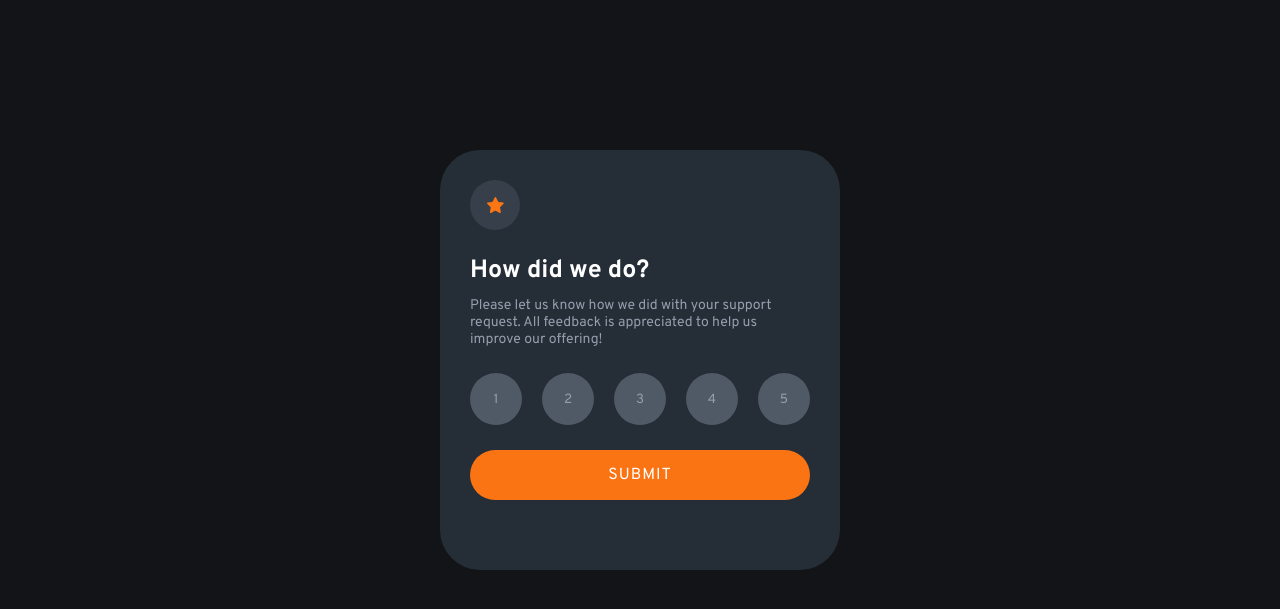
Repository: itbeginswithi/FrontebdMentor
Page: / (app in interactive-rating-component-main/)
An editor plug-in stored every save of this project. The page is shown before and after a run of saves, followed by the edit.
The browser window is 1280 px wide. The pictures show the whole page.
The project was rebuilt for these pictures with package versions that can differ from the ones it lists, and the page was loaded fresh each time.

Above is the page before, as saved 2022-07-24 11:45:48.

### interactive-rating-component-main/public/index.html
<!DOCTYPE html>
<html lang="en">
  <head>
    <meta charset="utf-8" />
    <link rel="icon" href="favicon-32x32.png" />
    <meta name="viewport" content="width=device-width, initial-scale=1" />
    <meta name="theme-color" content="#000000" />
    <meta
      name="description"
      content="Web site created using create-react-app"
    />
    <link rel="apple-touch-icon" href="%PUBLIC_URL%/logo192.png" />
    <link rel="manifest" href="%PUBLIC_URL%/manifest.json" />
    <title>React App</title>
  </head>
  <body>
    <noscript>You need to enable JavaScript to run this app.</noscript>
    <div id="root"></div>
  </body>
</html>

### interactive-rating-component-main/src/index.js
import React from 'react';
import ReactDOM from 'react-dom/client';
import './index.scss';
import App from './App';

const root = ReactDOM.createRoot(document.getElementById('root'));

root.render(
  <React.StrictMode>
    <App />
  </React.StrictMode>
);

### interactive-rating-component-main/src/index.scss
@import url('https://fonts.googleapis.com/css2?family=Overpass:wght@400;700&display=swap');

html{
  font-size: 62.5%;
}

body {
  box-sizing: border-box;
  font-family: 'Overpass';

}

*,
*:before,
*:after {
  margin: 0;
  padding: 0;
  font-family: inherit;
  box-sizing: inherit;
}

### interactive-rating-component-main/src/App.js
import React, { useState } from "react";

import IconStar from "./images/icon-star.svg";
import "./App.scss";

function App() {
  const [rating, setRating] = useState(null);
  const [isSent, setIsSent] = useState(false);

  const submitRating = (e) => {
    e.preventDefault();
    setIsSent(true);
  }

  return (
    <main>
      <div className="wrapper">
        {/* Rating */}
        <div className="rating__container">
          <div className="rating__star">
            <img src={IconStar} alt="Star Icon" />
          </div>

          <div className="rating__info">
            <h1>How did we do?</h1>
            <p>
              Please let us know how we did with your support request. All
              feedback is appreciated to help us improve our offering!
            </p>
          </div>

          <div className="rating__list" role="list">
            <button className="rating__list_btn" onClick={() => setRating(1)}>
              1
            </button>
            <button className="rating__list_btn" onClick={() => setRating(2)}>
              2
            </button>
            <button className="rating__list_btn" onClick={() => setRating(3)}>
              3
            </button>
            <button className="rating__list_btn" onClick={() => setRating(4)}>
              4
            </button>
            <button className="rating__list_btn" onClick={() => setRating(5)}>
              5
            </button>
          </div>

          <button type="submit" className="rating__cta" onClick={submitRating}>SUBMIT</button>
        </div>
        {/* Switches */}
      </div>
    </main>
  );
}

export default App;

### interactive-rating-component-main/src/App.scss
$primary: hsl(25, 97%, 53%);
$white: hsl(0, 0%, 100%);
$light-grey: hsl(217, 12%, 63%);
$medium-grey: hsl(216, 12%, 54%);
$dark-blue: hsl(213, 19%, 18%);
$very-dark-blue: hsl(216, 12%, 8%);

$fontsize: 1.5rem;
$regular: 400;
$bold: 700;

@mixin flex($direction: column, $ai: center, $jc: center, $gap: 0) {
    display: flex;
    flex-direction: $direction;
    align-items: $ai;
    justify-content: $jc;
    gap: $gap;
}

main{
    height: 100vh;
    width: 100vw;
    background-color: $very-dark-blue;

    @include flex($direction: row);
}

.wrapper{
    height: 42rem;
    width: min(90%, 40rem);
    background-color: $dark-blue;
    border-radius: 4rem;
    padding: 3rem;

    & .rating{
        &__container{
            @include flex($gap: 2.5rem, $ai: flex-start);
        }

        &__star{
            @include flex;

            height: 5rem;
            width: 5rem;

            background-color: rgba($medium-grey, 20%);
            border-radius: 100vmax;
        }

        &__info{
            h1{
                color: $white;
                font-weight: $bold;
                font-size: 2.5rem;
                margin-bottom: 1rem;
            }

            p{
                color: $light-grey;
                font-weight: $regular;
                font-size: 1.4rem;
            }
        }

        &__list{
            width: 100%;
            @include flex($direction: row, $gap: 2rem);

            &_btn{
                width: 20%;
                height: 5.2rem;
                border: 0;
                border-radius: 100vmax;
                color: $light-grey;
                background-color: rgba($medium-grey, 50%);
                cursor: pointer;
            }
        }

        &__cta{
            width: 100%;

            font-size: 1.6rem;
            font-weight: $regular;
            padding: 1.5rem 0;
            letter-spacing: .1rem;
            color: #fff;

            border: 0;
            border-radius: 100vmax;
            background-color: $primary;
            cursor: pointer;
        }
    }
}

After the next 3 saves:
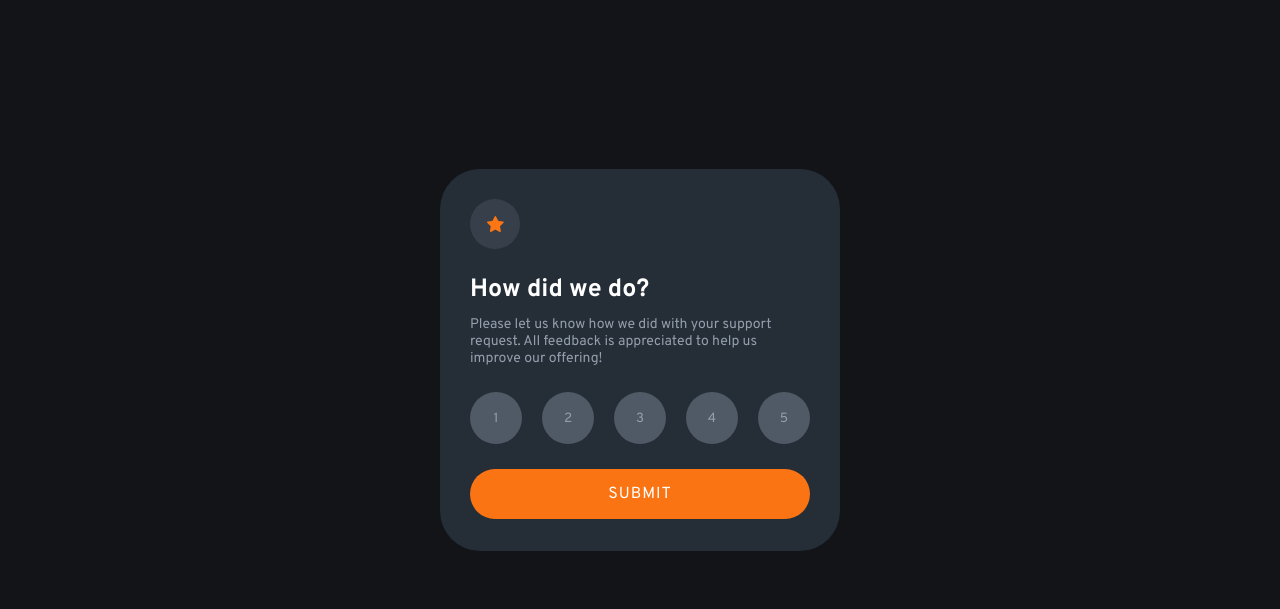
The 3 saves are shown as one change because they came seconds apart.
The last was saved 56 s later.
--- a/interactive-rating-component-main/src/App.scss
+++ b/interactive-rating-component-main/src/App.scss
@@ -26,7 +26,7 @@ main{
 }
 
 .wrapper{
-    height: 42rem;
+    height: 38.2rem;
     width: min(90%, 40rem);
     background-color: $dark-blue;
     border-radius: 4rem;
